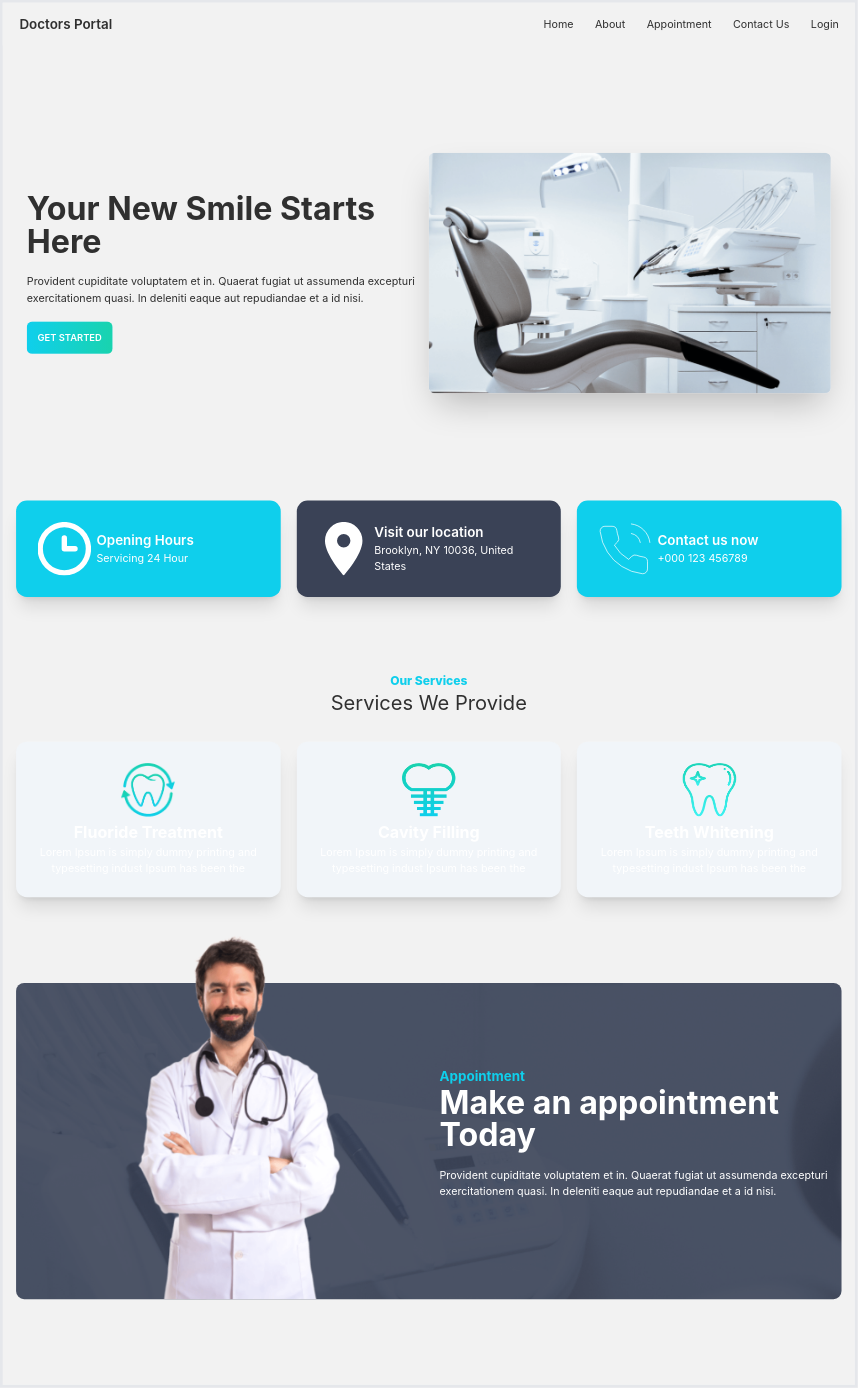
Repository: Samad77/Doctorportal-Client
Page: /
The author's editor kept a copy of each file at every save. The page is drawn from the files as they stood at one save, then again after the next save.
The browser window is 1280 px wide. The pictures show the whole page, at 67% of full size.
The project was rebuilt for these pictures with package versions that can differ from the ones it lists, and the page was loaded fresh each time. Also part of the build but not shown: src/Pages/Login/Login.js.

Above is the page before, as saved 2022-11-12 18:46:58.

### src/App.js
import logo from './logo.svg';
import './App.css';
import {RouterProvider} from 'react-router-dom'
import router from './Layout/Routes/Routes';
import Cards from './Pages/Home/Cards/Cards';
function App() {
  return (
    <div className="App max-w-[1440px] mx-auto border-4">
      <RouterProvider router={router}>

      </RouterProvider>
    </div>
  );
}

export default App;

### src/Layout/Routes/Routes.js
import { createBrowserRouter } from "react-router-dom";
import Home from "../../Pages/Home/Home";
import Login from "../../Pages/Login/Login";
import Main from "../Main/Main";

const router = createBrowserRouter([
    {path : "/",
    element : <Main></Main>,
    children : [
        {path : '/', element : <Home></Home>,},
        {path: '/home', element : <Home></Home>},
        {path: '/login', element : <Login></Login>},
    ]
    }
])

export default router;

### src/Pages/Home/Cards/Cards.js
import React from 'react';
import img1 from '../../../assets/icons/clock.svg'
import img2 from '../../../assets/icons/marker.svg'
import img3 from '../../../assets/icons/phone.svg'
import img4 from '../../../assets/icons/quote.svg'

const Cards = () => {
    return (
        <section className='grid grid-cols-1 gap-6 md:grid-cols-2 lg:grid-cols-3 my-28'>
            <div className="card  bg-primary text-white shadow-xl">
                <div className="card-body flex flex-col items-center  lg:flex-row">
                    <div className=''>
                        <img src={img1} alt="" className='w-20 h-20'/>
                    </div>
                    <div className='text-left'>
                        <h2 className="card-title">Opening Hours</h2>
                        <p>Servicing 24 Hour</p>
                    </div>

                </div>
            </div>

            <div className="card  bg-neutral text-white shadow-xl">
                <div className="card-body flex flex-col items-center  lg:flex-row">
                    <div className=''>
                        <img src={img2} alt="" className='w-20 h-20'/>
                    </div>
                    <div className='text-left'>
                        <h2 className="card-title">Visit our location</h2>
                        <p>Brooklyn, NY 10036, United States</p>
                    </div>

                </div>
            </div>

            <div className="card  bg-primary text-white shadow-xl">
                <div className="card-body flex flex-col items-center  lg:flex-row">
                    <div className=''>
                        <img src={img3} alt="" className='w-20 h-20'/>
                    </div>
                    <div className='text-left'>
                        <h2 className="card-title">Contact us now</h2>
                        <p>+000 123 456789</p>
                    </div>

                </div>
            </div>
        </section>
    );
};

export default Cards;

### src/Pages/Home/Home.js
import React from 'react';
import Banner from './Banner/Banner';
import Cards from './Cards/Cards';
import MakeAppointment from './MakeAppointment/MakeAppointment';
import Services from './Services/Services';

const Home = () => {
    return (
        <div className='mx-5'>
            <Banner></Banner>
            <Cards></Cards>
            <Services></Services>
            <MakeAppointment></MakeAppointment>
        </div>
    );
};

export default Home;

### src/Layout/Main/Main.js
import React from 'react';
import Footer from '../../Pages/Shared/Footer/Footer';
import Navbar from '../../Pages/Shared/Navbar/Navbar';
import {Outlet} from 'react-router-dom'
const Main = () => {
    return (
        <div>
            <Navbar></Navbar>
                <Outlet></Outlet>
            <Footer></Footer>
        </div>
    );
};

export default Main;

### src/Pages/Home/Banner/Banner.js
import React from 'react';
import img1 from '../../../assets/images/chair.png'
import PrimaryButton from '../../../Components/PrimaryButton/PrimaryButton';
const Banner = () => {
    return (
        <div className="hero bg-base-100 my-36">
            <div className="hero-content flex-col lg:flex-row-reverse">
                <img src={img1} className=" rounded-lg shadow-2xl lg:w-1/2" />
                <div className='text-left'>
                <h1 className="text-5xl font-bold">Your New Smile Starts Here</h1>
                <p className="py-6">Provident cupiditate voluptatem et in. Quaerat fugiat ut assumenda excepturi exercitationem quasi. In deleniti eaque aut repudiandae et a id nisi.</p>
                <PrimaryButton>Get Started</PrimaryButton>
                </div>
            </div>
        </div>
    );
};

export default Banner;

### src/Pages/Home/MakeAppointment/MakeAppointment.js
import React from 'react';
import img1 from '../../../assets/images/appointment.png'
import doctor from '../../../assets/images/doctor.png'

const MakeAppointment = () => {
    return (
        <div className="hero bg-base-100 my-32 text-white rounded-xl" style={{background : `url(${img1})`}}>
  <div className="hero-content flex-col lg:flex-row-reverse">
    <div className="text-center lg:text-left">
      <h1 className='text-primary text-xl font-bold' >Appointment</h1>
      <h1 className="text-5xl font-bold">Make an appointment Today</h1>
      <p className="py-6">Provident cupiditate voluptatem et in. Quaerat fugiat ut assumenda excepturi exercitationem quasi. In deleniti eaque aut repudiandae et a id nisi.</p>
    </div>
    <div className="card flex-shrink-0 w-1/2 -mt-36 -mb-4">
       <img src={doctor} alt="" />
    </div>
  </div>
</div>
    );
};

export default MakeAppointment;

### src/Pages/Home/Services/Services.js
import React from 'react';
import img1 from '../../../assets/images/fluoride.png'
import img2 from '../../../assets/images/cavity.png'
import img3 from '../../../assets/images/whitening.png'
const Services = () => {
    const allServices = [
        {
            img : img1,
            name : "Fluoride Treatment",
            about : "Lorem Ipsum is simply dummy printing and typesetting indust Ipsum has been the"
        },
        {
            img : img2,
            name : "Cavity Filling",
            about : "Lorem Ipsum is simply dummy printing and typesetting indust Ipsum has been the"
        },
        {
            img : img3,
            name : "Teeth Whitening",
            about : "Lorem Ipsum is simply dummy printing and typesetting indust Ipsum has been the"
        },
    ]
    return (

        <section>

            <div className=''>
                <h1 className='text-primary text-lg font-extrabold'>Our Services</h1>
                <p className='text-3xl'>Services We Provide</p>
            </div>

            <div className='grid grid-cols-1 gap-6 my-10 md:grid-cols-2 lg:grid-cols-3'>

            {
                allServices.map( service => <Service key={service.name} service={service}></Service>)
            }
            </div>
        </section>

    );
};

const Service = ({service}) => {
    return (
        <div className="card  bg-primary text-white shadow-xl bg-slate-100 text-black ">
            <div className="card-body flex flex-col items-center  ">
                <div className=''>
                    <img src={service.img} alt="" className='w-20 h-20'/>
                </div>
                <div className=''>
                    <h2 className="text-2xl font-bold">{service.name}</h2>
                    <p>{service.about}</p>
                </div>
            </div>
        </div>


    )
}
export default Services;

### src/Pages/Shared/Navbar/Navbar.js
import React from 'react';
import {Link} from 'react-router-dom'
const Navbar = () => {

    const menuItems =

    <React.Fragment>
        <li><Link to="/home">Home</Link></li>
        <li><Link to="/about">About</Link></li>
        <li><Link to="/appointment">Appointment</Link></li>
        <li><Link to="/contact">Contact Us</Link></li>
        <li><Link to="/login">Login</Link></li>
    </React.Fragment>

    return (
        <div className="navbar bg-base-100 flex justify-between">
  <div className="navbar-start">
    <div className="dropdown">
      <label tabIndex={0} className="btn btn-ghost lg:hidden">
        <svg xmlns="http://www.w3.org/2000/svg" className="h-5 w-5" fill="none" viewBox="0 0 24 24" stroke="currentColor"><path strokeLinecap="round" strokeLinejoin="round" strokeWidth="2" d="M4 6h16M4 12h8m-8 6h16" /></svg>
      </label>
      <ul tabIndex={0} className="menu menu-compact dropdown-content mt-3 p-2 shadow rounded-box w-52">
            {menuItems}
      </ul>
    </div>
    <Link to='/' className="btn btn-ghost normal-case text-xl">Doctors Portal</Link>
  </div>
  <div className="navbar-center hidden lg:flex">
    <ul className="menu menu-horizontal p-0">
        {menuItems}
    </ul>
  </div>

</div>
    );
};

export default Navbar;

### src/Components/PrimaryButton/PrimaryButton.js
import React from 'react';

const PrimaryButton = ({children}) => {
    return (
        <button className="btn btn-primary border-0 bg-gradient-to-r from-primary to-secondary text-white">{children}</button>
    );
};

export default PrimaryButton;

### tailwind.config.js
/** @type {import('tailwindcss').Config} */
module.exports = {
  content: ["./src/**/*.{js,jsx,ts,tsx}"],
  theme: {
    extend: {},
  },
  daisyui : {
    themes : [

    {
      doctorThemes: {

primary: "#0FCFEC",

secondary: "#19D3AE",

neutral: "#3A4256",

"base-100": "#F2F2F2",

      },
    },
  ]
  },
  plugins: [require("daisyui")],
}

Loaded but not shown: public/index.html (common file); src/index.js (common file); src/index.css (common file); src/reportWebVitals.js (common file); src/App.css (common file); src/Pages/Shared/Footer/Footer.js (common file)

After the next save:
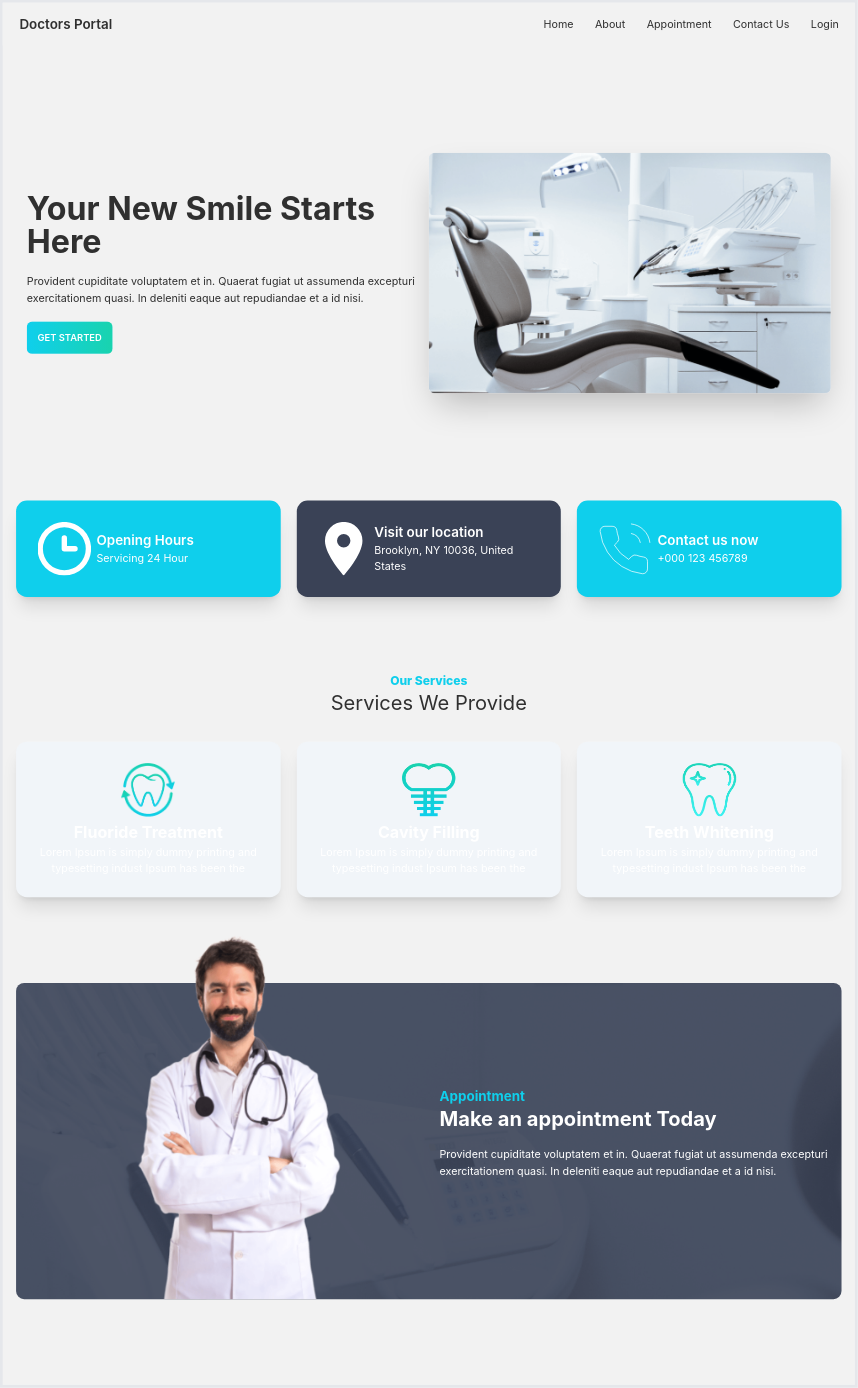
Saved 7 s later.
--- a/src/Pages/Home/MakeAppointment/MakeAppointment.js
+++ b/src/Pages/Home/MakeAppointment/MakeAppointment.js
@@ -8,7 +8,7 @@ const MakeAppointment = () => {
   <div className="hero-content flex-col lg:flex-row-reverse">
     <div className="text-center lg:text-left">
       <h1 className='text-primary text-xl font-bold' >Appointment</h1>
-      <h1 className="text-5xl font-bold">Make an appointment Today</h1>
+      <h1 className="text-3xl font-bold">Make an appointment Today</h1>
       <p className="py-6">Provident cupiditate voluptatem et in. Quaerat fugiat ut assumenda excepturi exercitationem quasi. In deleniti eaque aut repudiandae et a id nisi.</p>
     </div>
     <div className="card flex-shrink-0 w-1/2 -mt-36 -mb-4">
